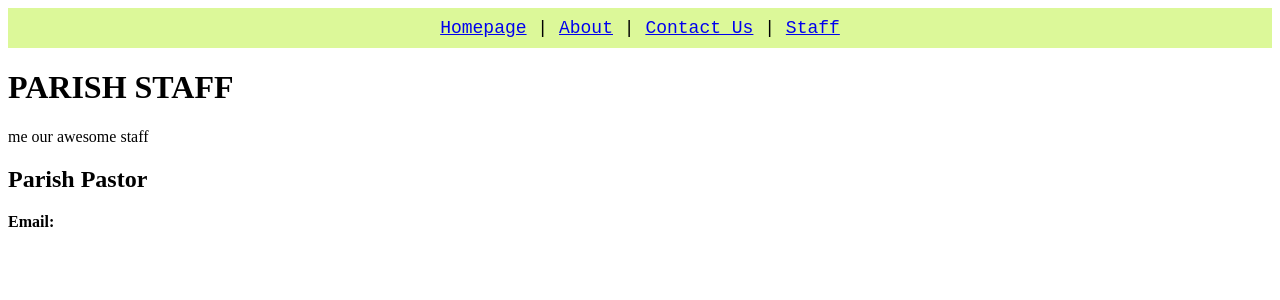
Repository: ficotims/HTML-RESTART
Page: Staff.html
The author's editor kept a copy of each file at every save. The page is drawn from the files as they stood at one save, then again after the next save.
The browser window is 1280 px wide. The pictures show the whole page.

Above is the page before, as saved 2026-02-07 22:08:26.

### Staff.html
<!doctype html>
<html lang="en">
  <head>
    <meta charset="UTF-8" />
    <meta name="viewport" content="width=device-width, initial-scale=1.0" />
    <title>Staff</title>
  </head>
  <body>
          <!-- NAVIGATION SECTION -->
  <div style="background-color: rgb(220, 248, 153); padding: 10px; text-align: center; font-size: 18px; font-family: monospace, Lemon milk;">
    <a href="Homepage.html" target="_top">Homepage</a> |
    <a href="about.html">About</a> | <a href="Contact us.html">Contact Us</a> |
    <a href="staff.html">Staff</a>
     </div>

    <h1>PARISH STAFF</h1>
    <p>me our awesome staff</p>

    <h2>Parish Pastor</h2>
    <p>
      <strong>Email:</strong>
      <a href="mailto:)

After the next save:
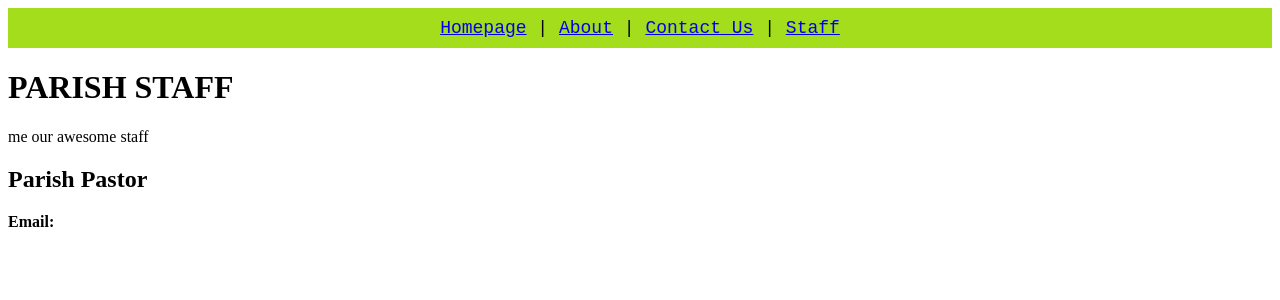
Saved 15 h 41 min later.
--- a/Staff.html
+++ b/Staff.html
@@ -7,7 +7,7 @@
   </head>
   <body>
           <!-- NAVIGATION SECTION -->
-  <div style="background-color: rgb(220, 248, 153); padding: 10px; text-align: center; font-size: 18px; font-family: monospace, Lemon milk;">
+  <div style="background-color: rgb(163, 221, 27); padding: 10px; text-align: center; font-size: 18px; font-family: monospace, Lemon milk;">
     <a href="Homepage.html" target="_top">Homepage</a> |
     <a href="about.html">About</a> | <a href="Contact us.html">Contact Us</a> |
     <a href="staff.html">Staff</a>
